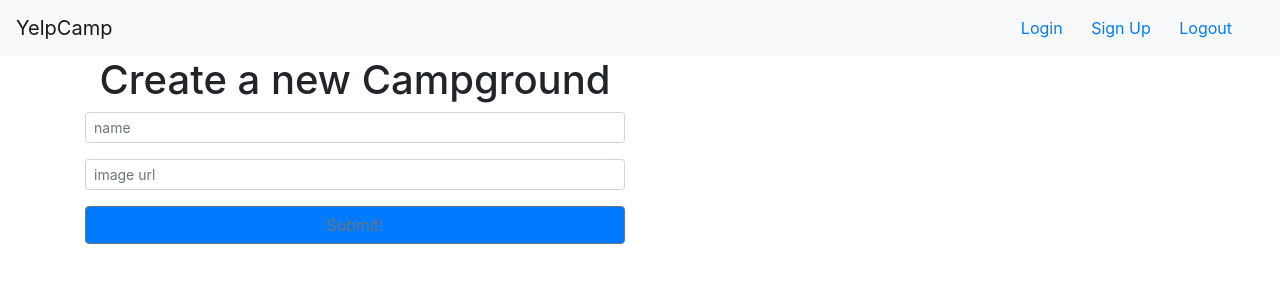
Repository: manojsatya/YelpCamp
Page: http://localhost/campgrounds/new
The author's editor kept a copy of each file at every save. The page is drawn from the files as they stood at one save, then again after the next save.
The browser window is 1280 px wide. The pictures show the whole page.
The page is served by the project's Node server (app.js).

Above is the page before, as saved 2019-06-14 18:08:13.
Console error: TypeError: Cannot read properties of undefined (reading 'fn')

After the next save:
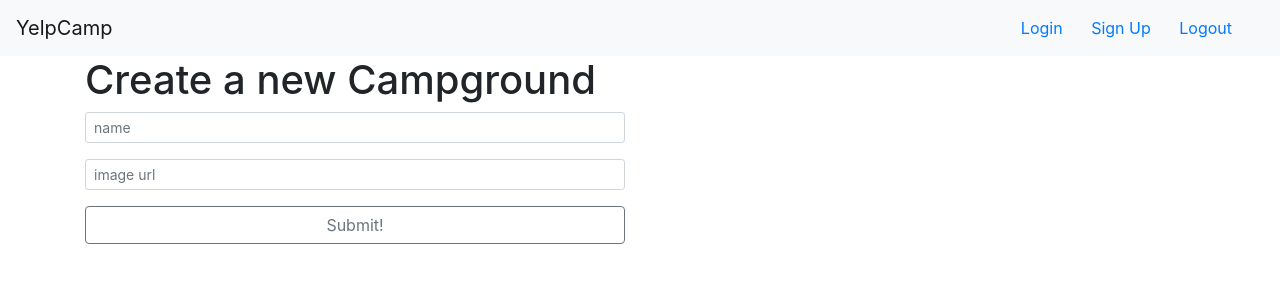
Saved 2 min 25 s later.
--- a/views/new.ejs
+++ b/views/new.ejs
@@ -2,7 +2,7 @@
 
 
 <div class="container">
-    <div class="row text-center">
+    <div class="row">
         <div class="col-md-3 col-lg-6">
             <h1>Create a new Campground</h1>
             <form action="/campgrounds" method="POST">
@@ -13,7 +13,7 @@
                     <input class="form-control form-control-sm" type="text" name="image" id="" placeholder="image url">
                 </div>
                 <div class="form-group">
-                    <button class="btn btn-outline-secondary btn-block btn-primary"> Submit!</button>
+                    <button class="btn btn-outline-secondary btn-block"> Submit!</button>
                 </div>
             </form>
         </div>
